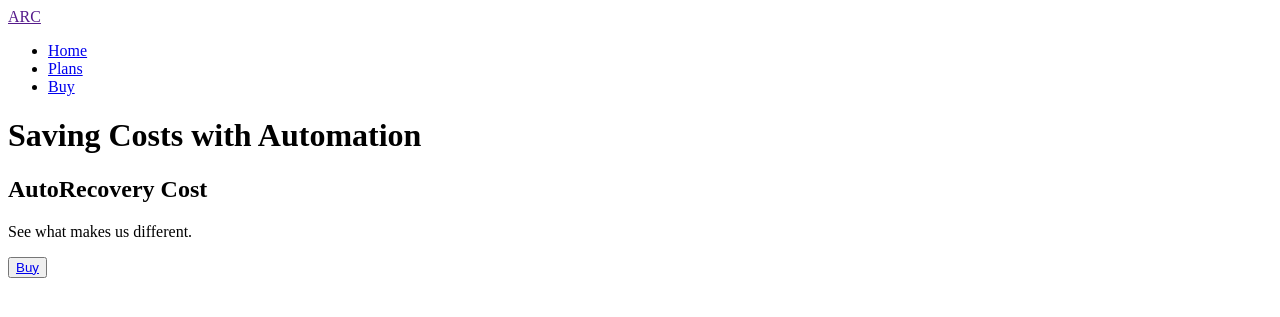
Repository: batmikun/Courses
Page: Front-End/SPA NATIVE JS/src/index.html
These files come from the project's save history. The page is drawn as it stood at one moment and after the next save; the edit follows.
The browser window is 1280 px wide. The pictures show the whole page.

Above is the page before, as saved 2021-11-21 02:45:43.

### Front-End/SPA NATIVE JS/src/index.html
<!DOCTYPE html>
<html lang="en">
    <head>
        <meta charset="UTF-8">
        <meta http-equiv="X-UA-Compatible" content="IE=edge">
        <meta name="viewport" content="width=device-width, initial-scale=1.0">
        <title>AutoRecovery Cost</title>
    </head>
    <body>
        <nav class="navbar">
            <div class="navbar__container">
                <a href="" id="navbar__logo">
                    ARC
                </a>
                <div class="navbar__toggle" id="mobile-menu">
                    <span class="bar"></span>
                    <span class="bar"></span>
                    <span class="bar"></span>
                </div>
                <ul class="navbar__menu">
                    <li class="navbar__item">
                        <a id="" href="#" class="navbar__link">Home</a>
                    </li>
                    <li class="navbar__item">
                        <a id="Products" href="#" class="navbar__link">Plans</a>
                    </li>
                    <li class="navbar__btn">
                        <a href="#" id="" class="button">Buy</a>
                    </li>
                </ul>
            </div>
        </nav>

        <div class="main">
            <div class="main__container">
                <div class="main__content">
                    <h1>Saving Costs with Automation</h1>
                    <h2>AutoRecovery Cost</h2>
                    <p>See what makes us different.</p>
                    <button class="main__btn">
                        <a href="#" id="Products">Buy</a>
                    </button>
                </div>
            </div>
        </div>

        <section id="root"></section>

        <footer>
        </footer>
    </body>
</html>

After the next save:
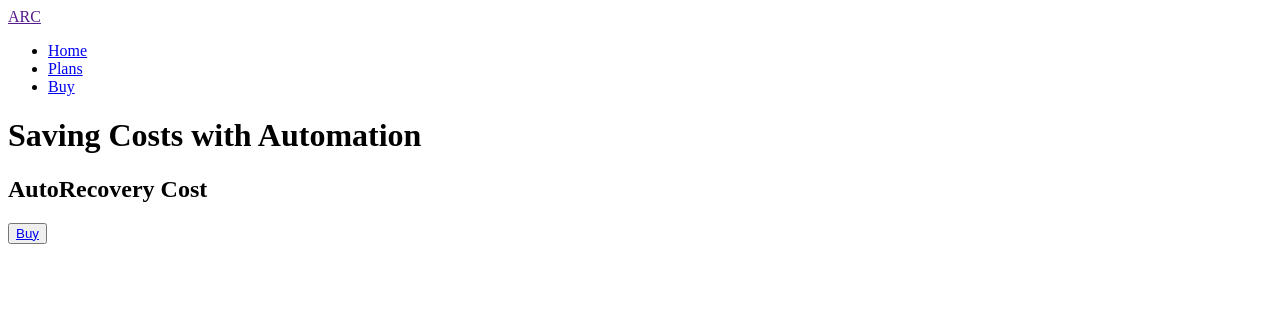
Saved 19 s later.
--- a/Front-End/SPA NATIVE JS/src/index.html
+++ b/Front-End/SPA NATIVE JS/src/index.html
@@ -36,7 +36,7 @@
                 <div class="main__content">
                     <h1>Saving Costs with Automation</h1>
                     <h2>AutoRecovery Cost</h2>
-                    <p>See what makes us different.</p>
+
                     <button class="main__btn">
                         <a href="#" id="Products">Buy</a>
                     </button>

After the save that followed:
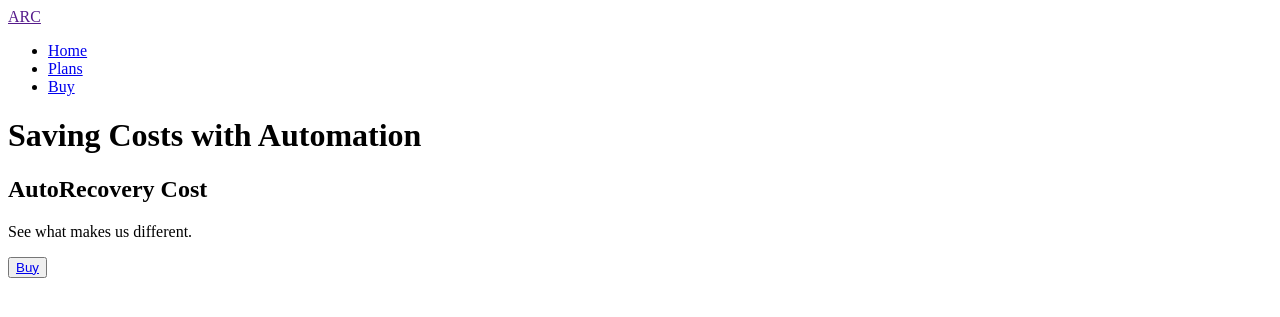
Saved 7 s later.
--- a/Front-End/SPA NATIVE JS/src/index.html
+++ b/Front-End/SPA NATIVE JS/src/index.html
@@ -36,7 +36,7 @@
                 <div class="main__content">
                     <h1>Saving Costs with Automation</h1>
                     <h2>AutoRecovery Cost</h2>
-
+                    <p>See what makes us different.</p>
                     <button class="main__btn">
                         <a href="#" id="Products">Buy</a>
                     </button>
